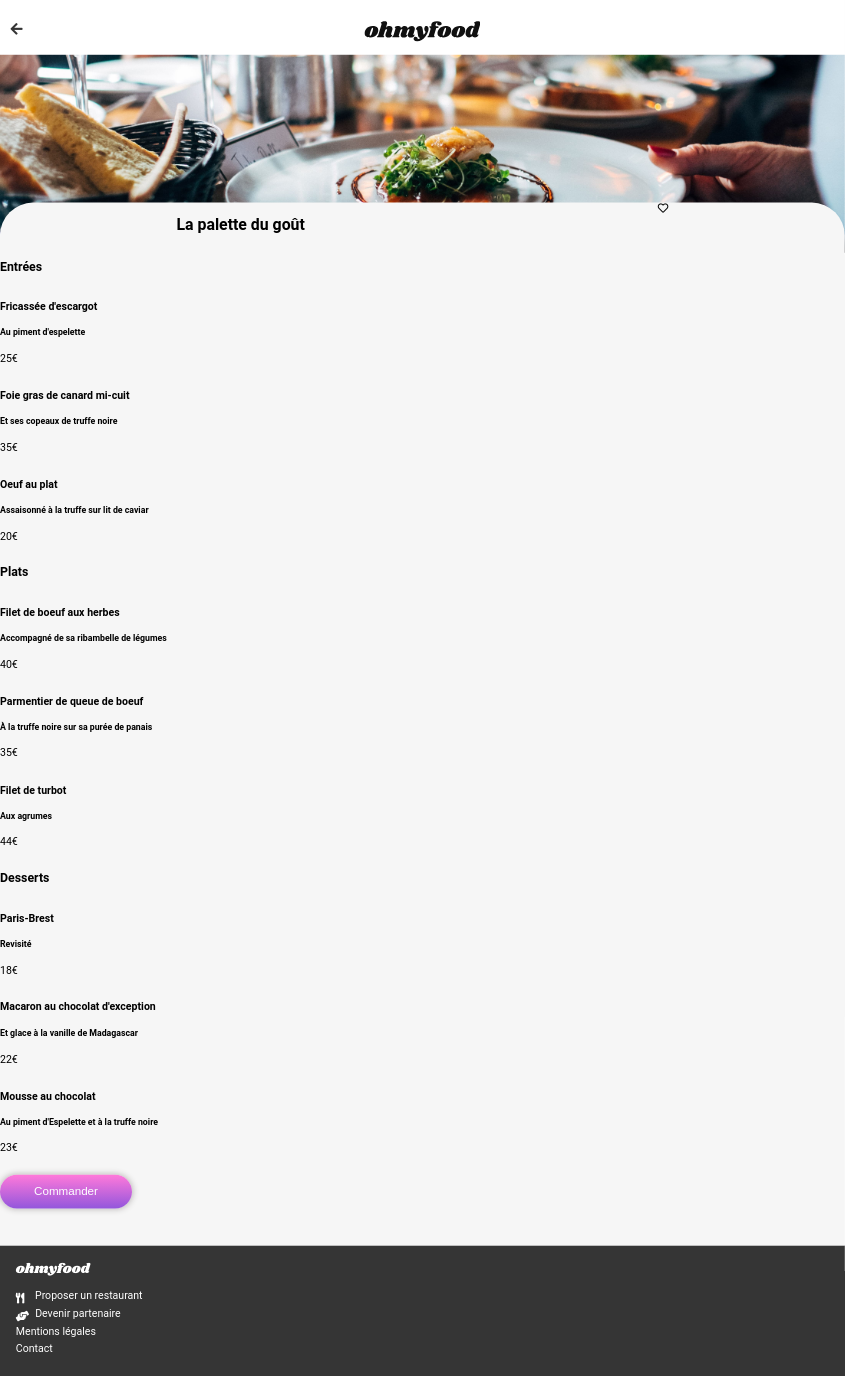
Repository: AlexisTisserand/AlexisTisserand_3_24112020
Page: menu-la-palette-du-gout.html
These files come from the project's save history. The page is drawn as it stood at one moment and after the next save; the edit follows.
The browser window is 1280 px wide. The pictures show the whole page, at 66% of full size.
Some web libraries are served in a nearby version. The style sheet was rebuilt from its Sass, Less or Tailwind sources for each picture, by a compiler version that may differ from the author's.

Above is the page before, as saved 2020-12-02 17:04:23.

After the next save:
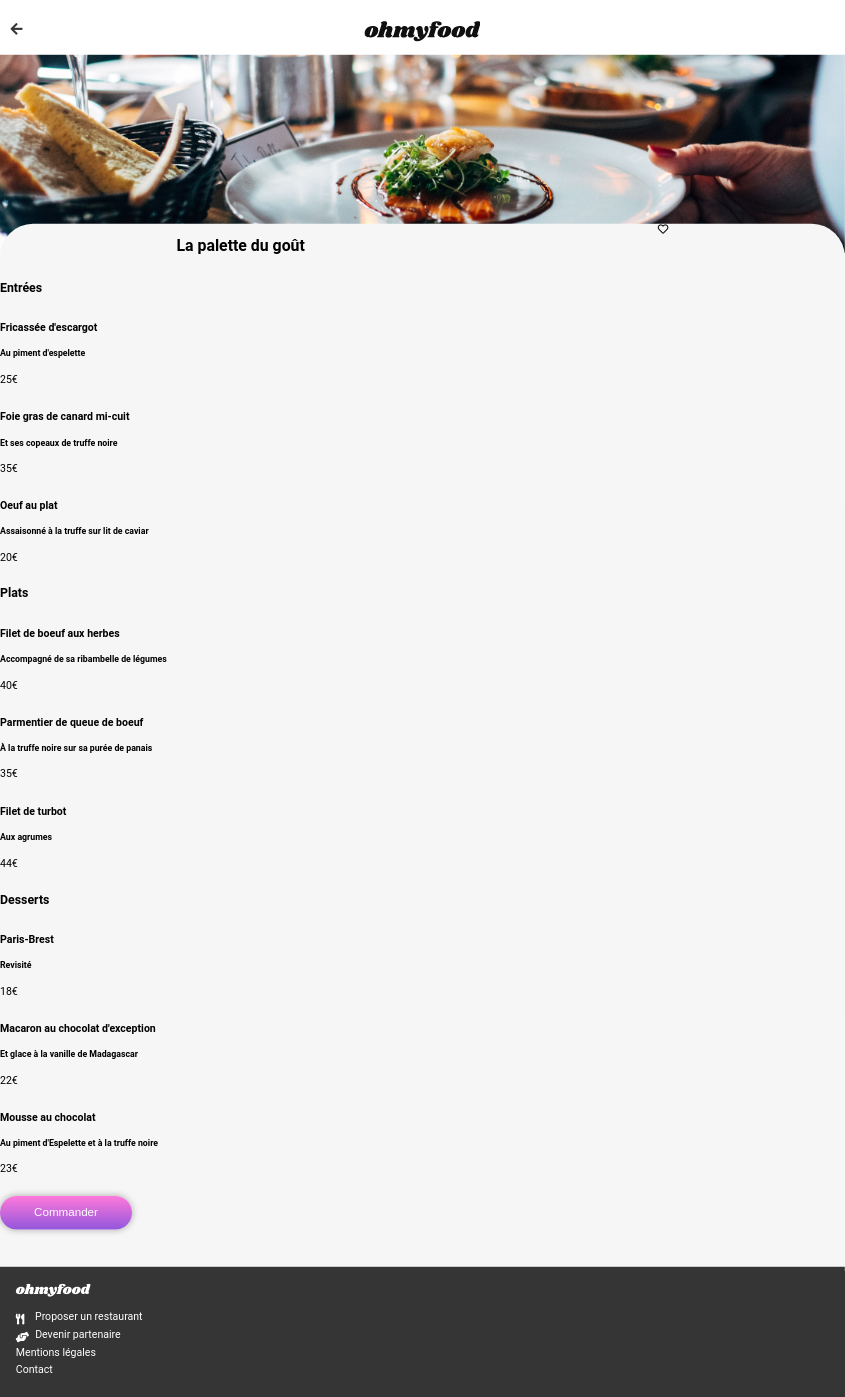
Saved 26 s later.
--- a/sass/style.scss
+++ b/sass/style.scss
@@ -402,7 +402,7 @@ header{
 .restaurant-menu{
     background-color: $color-background;
     border-radius: 50px 50px 0 0;
-    margin-top: - 5rem;
+    margin-top: - 3rem;
     position: relative;
     display: flex;
     z-index: 1;
